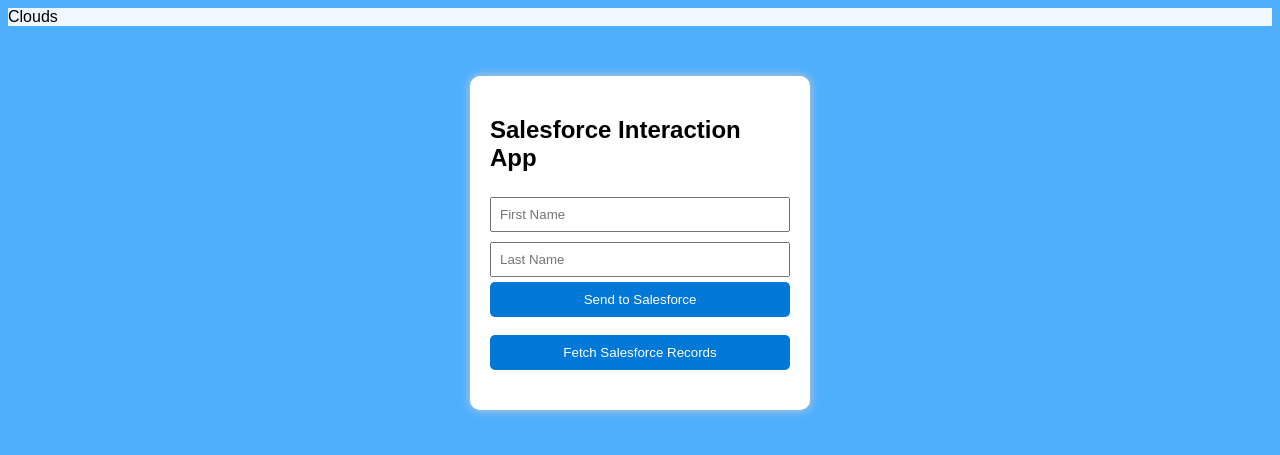
Repository: PamodaW/SalesforceSync
Page: Client/index.html
These files come from the project's save history. The page is drawn as it stood at one moment and after a run of saves; the edit follows.
The browser window is 1280 px wide. The pictures show the whole page.

Above is the page before, as saved 2024-11-20 14:44:08.

### Client/index.html
<!DOCTYPE html>
<html lang="en">
<head>
    <meta charset="UTF-8">
    <meta name="viewport" content="width=device-width, initial-scale=1.0">
    <link rel="stylesheet" href="style.css">
    <title>Salesforce Web App</title>
</head>
<body>
    <div class="Clouds">Clouds</div>
    <div class="container">
        <h2>Salesforce Interaction App</h2>
        <form id="salesforceForm">
            <input type="text" id="firstName" placeholder="First Name" required>
            <input type="text" id="lastName" placeholder="Last Name" required>
            <br/>
            <button type="button" onclick="createRecord()">Send to Salesforce</button>
        </form>
        <br/>
        <button onclick="fetchRecords()">Fetch Salesforce Records</button>
        <div id="output"></div>
    </div>
    <script src="script.js"></script>
</body>
</html>

### Client/style.css
body {
    font-family: Arial, sans-serif;
    background-color: #50affd;
}

.container {
    width: 300px;
    margin: 50px auto;
    padding: 20px;
    background: white;
    border-radius: 10px;
    box-shadow: 0 0 10px #ccc;
}

input {
    width: 100%;
    padding: 8px;
    margin: 5px 0;
    box-sizing: border-box;
}

button {
    width: 100%;
    padding: 10px;
    background: #0078d7;
    color: white;
    border: none;
    border-radius: 5px;
    cursor: pointer;
}

button:hover {
    background: #0056a6;
}

#output {
    margin-top: 20px;
}

.Clouds{
    background-color: aliceblue;
}

### Client/script.js
const consumerKey = "3MVG9DREgiBqN9Wn1tmI.eQb32fXpKrWsCOiPp9anMP.XOEs3Rv7Ic_w7Q17wlZtloetkekoWTk5wvuYA8eFB";
const consumerSecret = "A0E8A1E3413392B2C6332CBA430EEA0D6A9BF24CEB56DDAEEF33126583276774";
const username = "pamodaw@gmail.com";
const password = "Pamzi2020yBm8RGuqKhuSUMUayOxBCQAk";

let accessToken = "";

async function authenticate() {
    try {
        const response = await fetch('http://localhost:3000/authenticate', {
            method: 'POST',
            headers: {
                'Content-Type': 'application/json',
            },
        });

        const data = await response.json();
        if (data.access_token) {
            accessToken = data.access_token;
            instanceUrl = data.instance_url;
            console.log('Authenticated successfully');
        } else {
            console.error('Authentication failed', data);
            alert("Authentication failed: " + JSON.stringify(data));
        }
    } catch (error) {
        console.error('Error during authentication', error);
    }
}


// Step 2: Create a Record in Salesforce
// Assuming the accessToken and instanceUrl are set after authentication

async function createRecord() {
    if (!accessToken || !instanceUrl) {
        await authenticate();
    }

    if (accessToken && instanceUrl) {
        const firstName = document.getElementById("firstName").value;
        const lastName = document.getElementById("lastName").value;

        const newContact = {
            FirstName: firstName,
            LastName: lastName,
        };

        try {
            const response = await fetch('http://localhost:3000/createContact', {  // Matches the server port
                method: 'POST',
                headers: {
                    'Content-Type': 'application/json',
                },
                body: JSON.stringify({
                    accessToken: accessToken,
                    instanceUrl: instanceUrl,
                    contactData: newContact,
                }),
            });

            const data = await response.json();

            if (data.id) {
                console.log('Contact created successfully', data);
                alert(`Contact created successfully: ${data.id}`);
            } else {
                console.error('Failed to create contact', data);
                alert("Failed to create contact: " + JSON.stringify(data));
            }
        } catch (error) {
            console.error('Error during contact creation', error);
        }
    } else {
        console.error('Authentication failed. Cannot create record.');
    }
}



// Step 3: Fetch Records from Salesforce
async function fetchRecords() {
    if (!accessToken || !instanceUrl) {
        await authenticate();
    }

    if (accessToken && instanceUrl) {
        try {
            const response = await fetch('http://localhost:3000/getContacts', {
                method: 'POST',
                headers: {
                    'Content-Type': 'application/json',
                },
                body: JSON.stringify({
                    accessToken: accessToken,
                    instanceUrl: instanceUrl,
                }),
            });

            const contacts = await response.json();

            if (Array.isArray(contacts)) {
                console.log('Contacts fetched successfully:', contacts);
                let output = "<h3>Fetched Contacts:</h3>";
                contacts.forEach(contact => {
                    output += `<p>${contact.FirstName} ${contact.LastName}</p>`;
                });
                document.getElementById('output').innerHTML = output;
            } else {
                console.error('Failed to fetch contacts', contacts);
                alert("Failed to fetch contacts: " + JSON.stringify(contacts));
            }
        } catch (error) {
            console.error('Error during contact fetch', error);
        }
    } else {
        console.error('Authentication failed. Cannot fetch contacts.');
    }
}

After the next 3 saves:
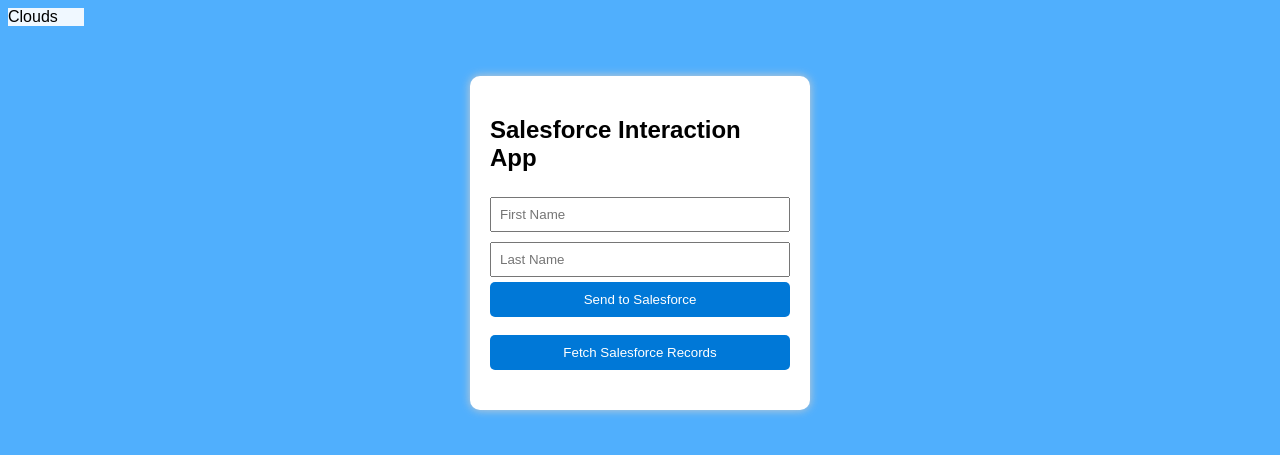
The 3 saves are shown as one change because they came seconds apart.
The last was saved 14 s later.
--- a/Client/style.css
+++ b/Client/style.css
@@ -39,4 +39,6 @@
 
 .Clouds{
     background-color: aliceblue;
+    width: 2cm;
+
 }
